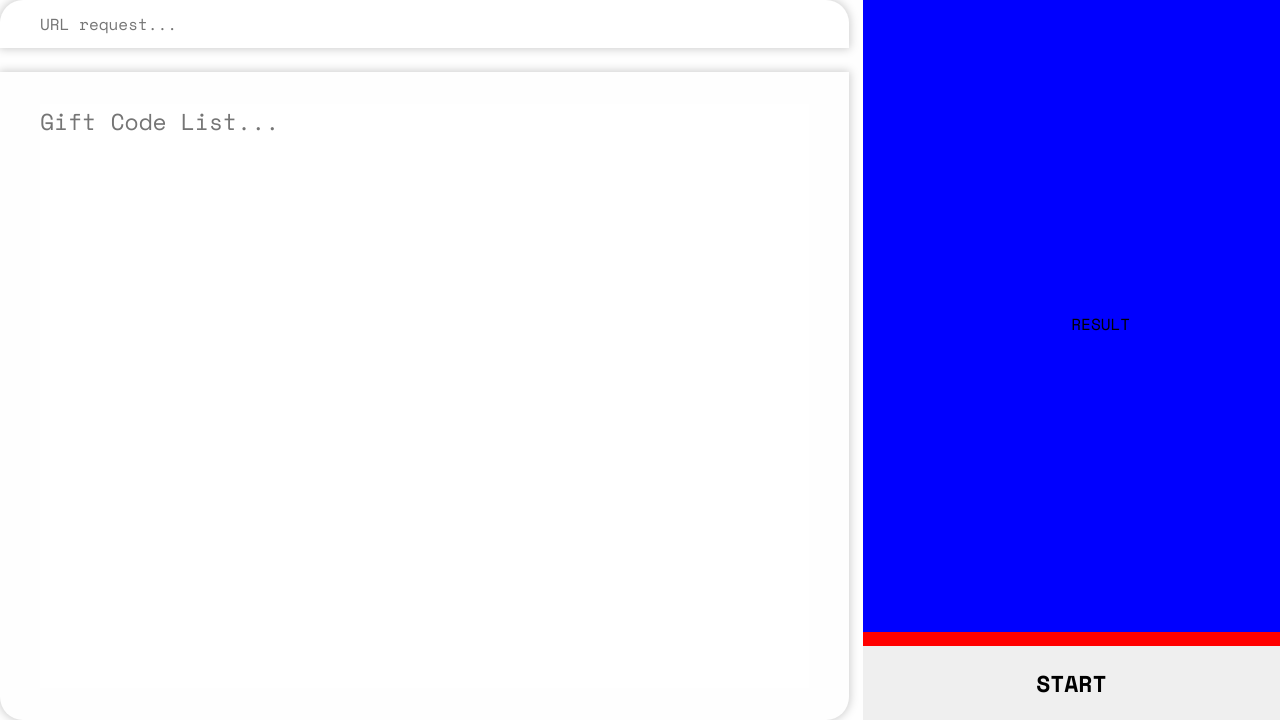
Repository: 777hanh777hanh/test
Page: index.html
An editor plug-in stored every save of this project. The page is shown before and after the next save, followed by the edit.
The browser window is 1280 px wide. The pictures show the whole page.

Above is the page before, as saved 2023-06-30 17:33:06.

After the next save:
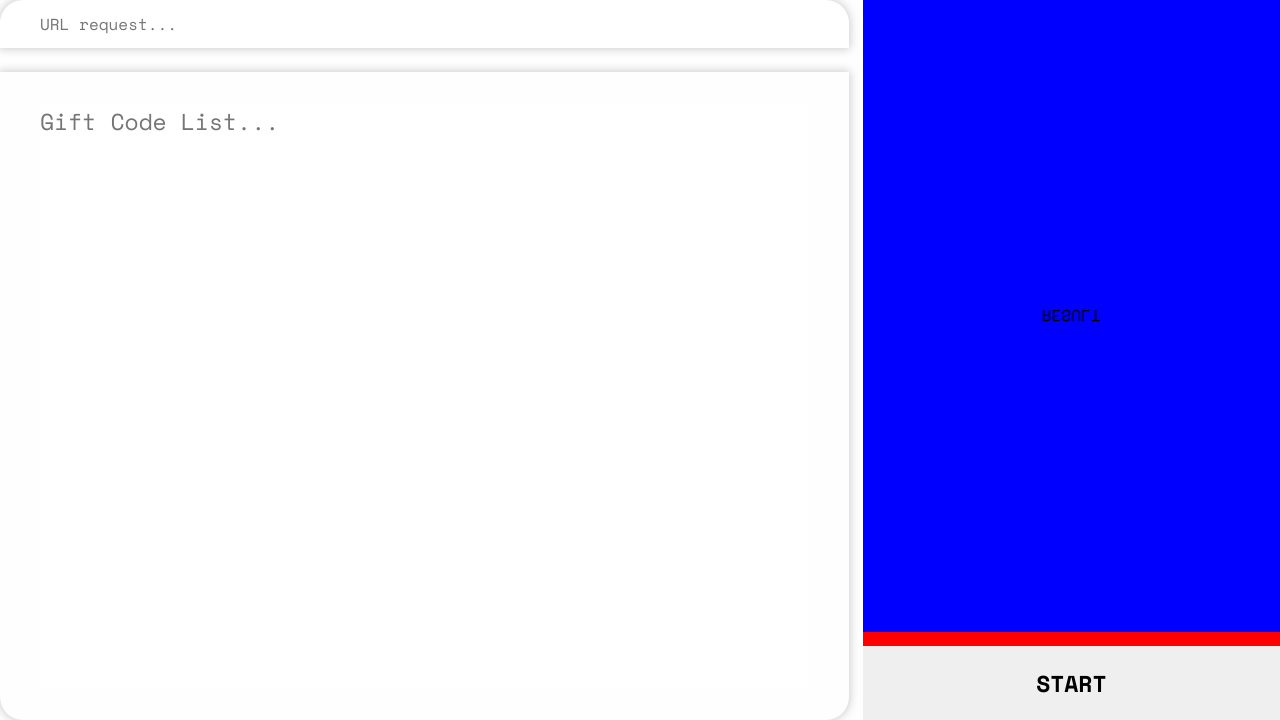
Saved 5 s later.
--- a/assets/css/style.css
+++ b/assets/css/style.css
@@ -100,7 +100,7 @@ html *::-webkit-scrollbar-track {
     left: 50%;
     content: 'Result';
     text-transform: uppercase;
-    transform: translate(-50%, -50%) rotateX('180def');
+    transform: translate(-50%, -50%) rotateX(180deg);
 }
 
 .btn {
